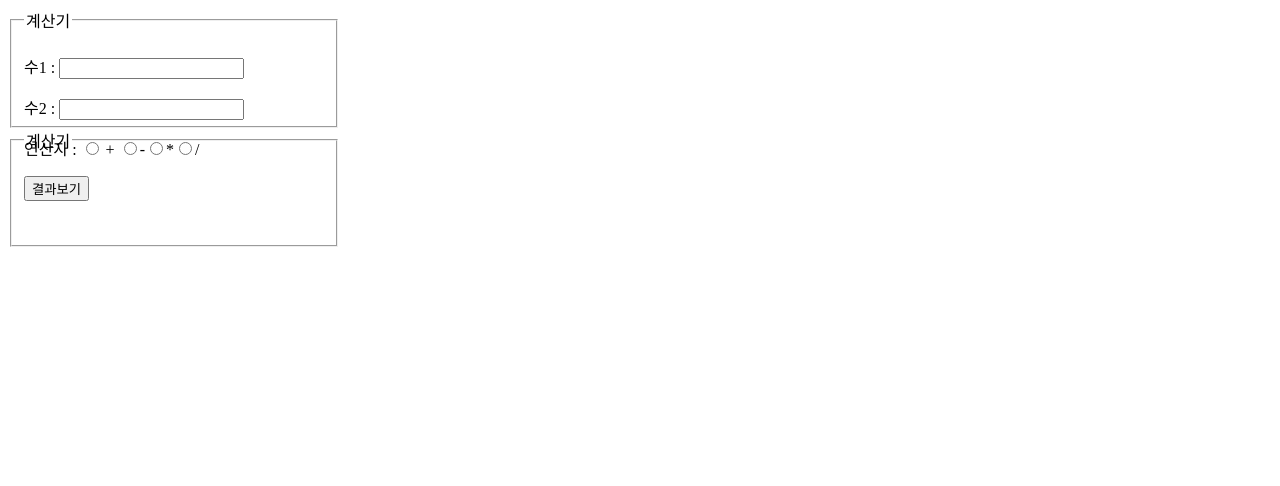
Repository: hagjun/jspstudy
Page: http://localhost/01_servlet/view/ex07.jsp
An editor plug-in stored every save of this project. The page is shown before and after the next save, followed by the edit.
The browser window is 1280 px wide. The pictures show the whole page.
The page is served by Tomcat 9.

Above is the page before, as saved 2024-03-04 08:08:26.
Console error: SyntaxError: Unexpected token '.'

After the next save:
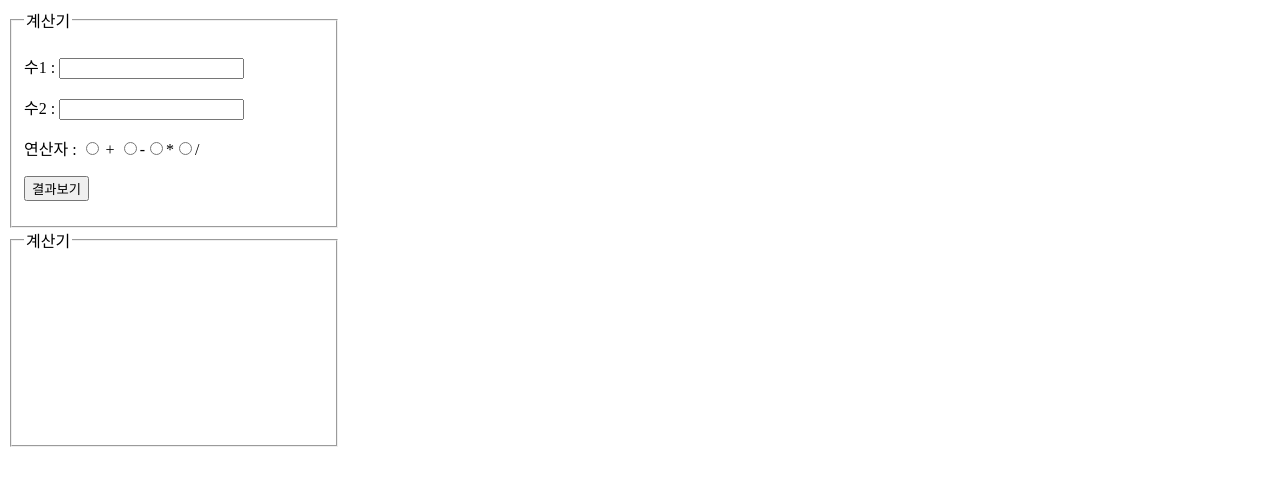
Saved 5 s later.
--- a/01_servlet/src/main/webapp/view/ex07.jsp
+++ b/01_servlet/src/main/webapp/view/ex07.jsp
@@ -8,7 +8,7 @@
 <style type="text/css">
 	fieldset {
 		width: 300px;
-		height: 100px;
+		height: 200px;
 	}
 </style>
 <script type="text/javascript">
